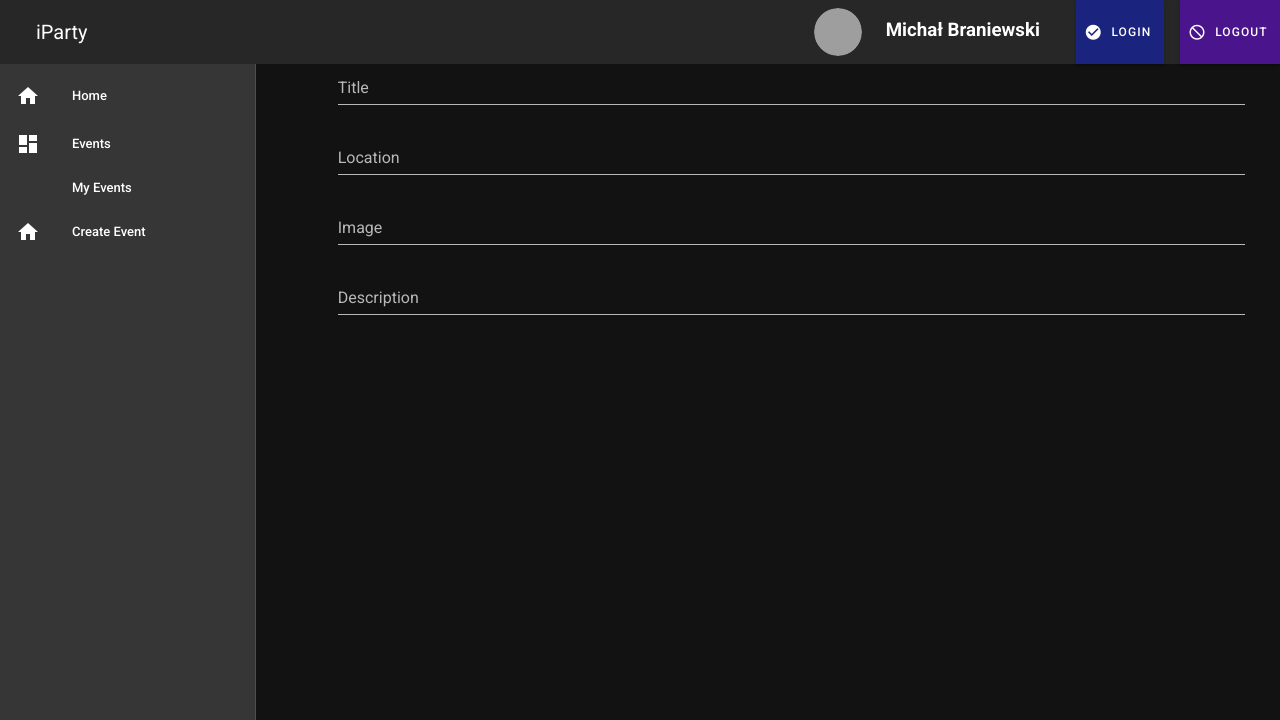
Repository: hexanek/partyapp
Page: /#/addevent
An editor plug-in stored every save of this project. The page is shown before and after the next save, followed by the edit.
The browser window is 1280 px wide. The pictures show the whole page.
Pictures or frames that could not be fetched are drawn as grey boxes. The project was rebuilt for these pictures with package versions that can differ from the ones it lists, and the page was loaded fresh each time. Also part of the build but not shown: vue.config.js, src/components/Popup.vue, src/components/Gmap.vue, src/components/Home.vue.

Above is the page before, as saved 2020-01-26 14:28:13.

After the next save:
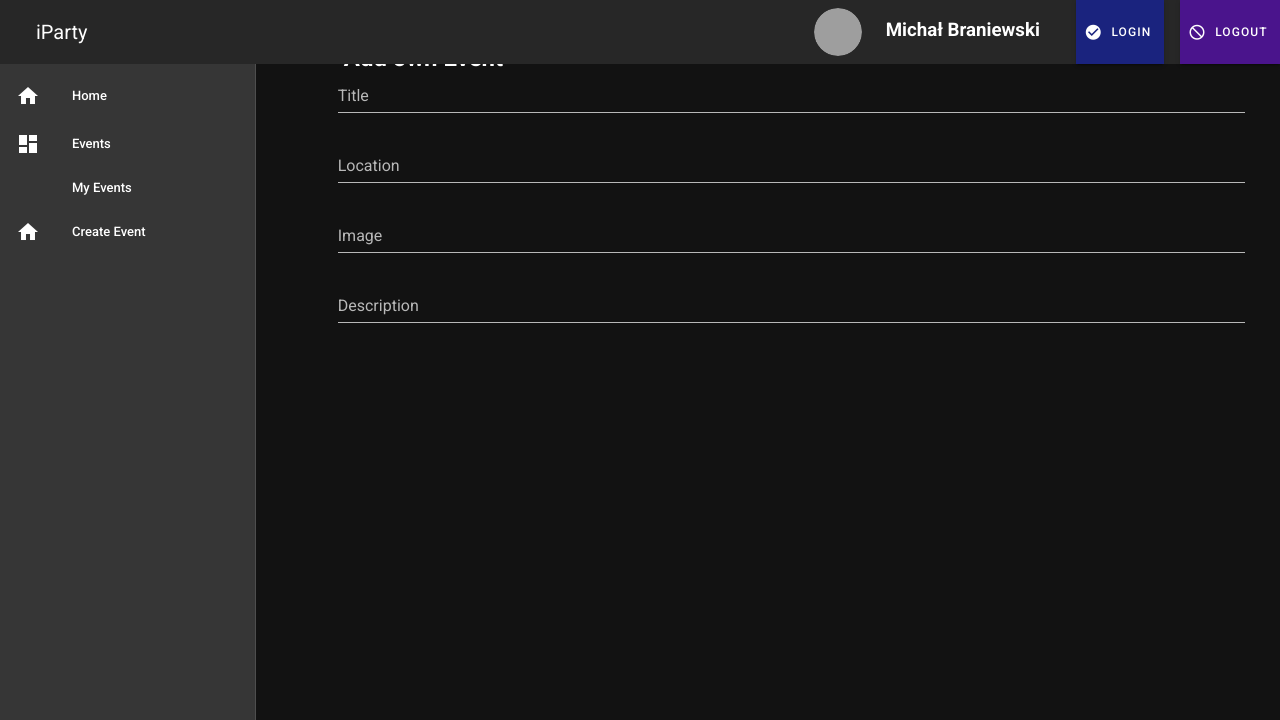
Saved 8 s later.
--- a/src/components/Event/EventForm.vue
+++ b/src/components/Event/EventForm.vue
@@ -1,6 +1,6 @@
 <template>
     <div class="content">
-        <v-container mt-8>
+        <v-container mt-10>
             <v-layout row>
                 <v-flex xs-12 offset-sm3 center>
                     <h2>Add own Event</h2>
